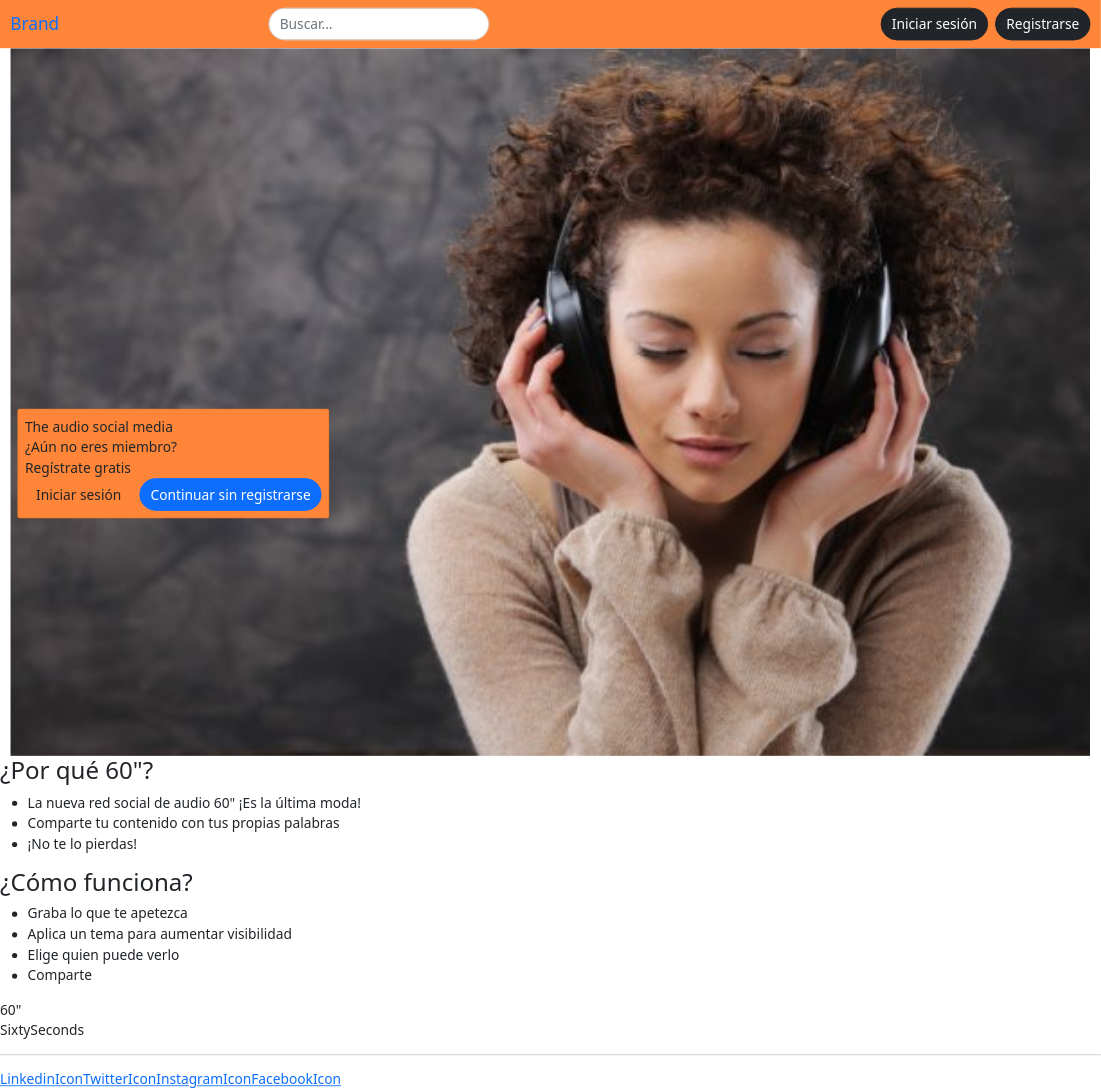
Repository: Zapulin/react-sixtySeconds-front
Page: /
An editor plug-in stored every save of this project. The page is shown before and after the next save, followed by the edit.
The browser window is 1280 px wide. The pictures show the whole page, at 86% of full size.
The project was rebuilt for these pictures with package versions that can differ from the ones it lists, and the page was loaded fresh each time. Also part of the build but not shown: src/Components/Login.js, src/Components/Signup.js, src/Components/Publish.js, src/Components/Activity.js, src/Components/Navbar.js, src/Components/Categories.js, src/Components/IconProfile.js, src/Components/Recorder.js and 10 more. Imported but missing from the stored project, and not drawn on this page: src/Samples/AUDIOMP3.mp3, src/Samples/AUDIOOGG.ogg.

Above is the page before, as saved 2022-04-13 14:48:41.

### src/index.js
import React from 'react';
import ReactDOM from 'react-dom';
import App from './App';
import './index.css';
import 'bootstrap/dist/css/bootstrap.min.css';

ReactDOM.render(
  <React.StrictMode>
    <App />
  </React.StrictMode>,
  document.getElementById('root')
);

### src/App.js
import { BrowserRouter, Routes, Route } from 'react-router-dom';

//Pages
import Home from './Pages/Home'
import Feed from './Pages/Feed'
import User from './Pages/Profile'
import NotFound from './Pages/NotFound'

function App() {
  return (
    <BrowserRouter>
      <Routes>
        <Route path='/' element={<Home/>} />
        <Route path='/feed' element={<Feed/>} />
        <Route path='/profile/:id' element={<User/>} />
        <Route path='*' element={<NotFound/>} />
      </Routes>
    </BrowserRouter>
  );
}

export default App;

### src/Pages/Home.js
import top_image from "../Resources/images/top_image.svg";

//Components
import Footer from '../Components/Footer'
import NavbarHome from '../Components/NavbarHome'

function Home() {

  return (
    <>
    <NavbarHome/>
      <div className="container-fluid">
          <div className="position-relative">
            <img className="img-fluid" src={top_image} alt="" />
            <div className="card rounded m-2 p-2 position-absolute top-50" style={{background:'#FF8638'}}>
                 <span> The audio social media </span>
                 <span> ¿Aún no eres miembro? </span>
                 <span> Regístrate gratis </span>
                <div className="d-flex justify-content-between">
                    <button className="btn rounded-pill"> Iniciar sesión</button>
                    <button className="btn btn-primary ms-2 rounded-pill"> Continuar sin registrarse </button>
                </div>
            </div>
        </div>
      </div>
      <div>
        <div>
            <h3>¿Por qué 60"?</h3>
            <ul>
                <li><span>La nueva red social de audio 60" ¡Es la última moda!</span></li>
                <li><span>Comparte tu contenido con tus propias palabras</span></li>
                <li><span>¡No te lo pierdas!</span></li>
            </ul>
        </div>
        <div>
            <h3>¿Cómo funciona?</h3>
            <ul>
                <li><span>Graba lo que te apetezca</span></li>
                <li><span>Aplica un tema para aumentar visibilidad</span></li>
                <li><span>Elige quien puede verlo</span></li>
                <li><span>Comparte</span></li>
            </ul>
        </div>
      </div>
      <Footer/>
    </>
  );
}

export default Home;

### src/Components/Footer.js

function Footer() {
  return (
  	<footer>
		<div className="circle">
			<span>60"</span><br /><span>SixtySeconds</span><br /><hr />
			<a href="https://www.linkedin.com" target="_blank">LinkedinIcon{ /* TODO: add linkedIn icon */ }</a>
			<a href="https://twitter.com" target="_blank">TwitterIcon{ /* TODO: add twitter icon */ }</a>
			<a href="https://www.instagram.com" target="_blank">InstagramIcon{ /* TODO: add instagram icon */ }</a>
			<a href="https://www.facebook.com" target="_blank">FacebookIcon{ /* TODO: add facebook icon */ }</a>
		</div>
	</footer>
  );
}

export default Footer;

### src/Components/NavbarHome.js
import "../stylesheets/NavbarHome.css";

function NavbarHome() {

	return (

    <>
    <nav className="navbar navbar-expand-lg">
      <div className="container-fluid">
          {/* Logo - por ahora es un link  */}
        <a href="#" className="navbar-brand">
          Brand
        </a>
        <button
          type="button"
          className="navbar-toggler"
          data-bs-toggle="collapse"
          data-bs-target="#navbarCollapse1"
        >
          <i className="fa fa-bars"></i>
        </button>
        <div className="collapse navbar-collapse" id="navbarCollapse1">
          <div className="form my-2 my-lg-0 mx-auto">
            <input
              className="form-control mr-sm-2 rounded-pill"
              type="search"
              placeholder="Buscar..."
              aria-label="Search"
            />
          </div>
          {/* <div class="navbar-nav">
                  <a href="#" class="nav-item nav-link active">Home</a>
                  <a href="#" class="nav-item nav-link">About</a>
                  <a href="#" class="nav-item nav-link">Products</a>
              </div> */}
          {/* Buttons */}
          <div className="d-flex ms-auto gap-2">
            {/* <input type="text" class="form-control me-sm-2" placeholder="Search"/> */}
            <button type="button" className="btn btn-dark rounded-pill">
              Iniciar sesión
            </button>
            <button type="button" className="btn btn-dark rounded-pill">
              Registrarse
            </button>
          </div>
        </div>
      </div>
    </nav>

    <header className="text-white" id="navbar-color">
      <div className="row">
        {/* <ul class="nav col-12 col-lg-auto me-lg-auto mb-2 justify-content-center mb-md-0">

    <form class="col-12 col-lg-auto mb-3 mb-lg-0 me-lg-3">

    </form>
    </ul> */}
        <div className="col-5"></div>
        <div className="col-4"></div>

        <div className="col-3 d-lg-flex gap-2">
          {/* <button type="button" class="btn btn-dark rounded-pill">
                Iniciar sesión
              </button> */}

          {/* <button type="button" class="btn btn-dark rounded-pill">
                Registrarse
              </button> */}
        </div>
      </div>
    </header>
  </>
);
}

export default NavbarHome;

### src/stylesheets/NavbarHome.css
.bd-placeholder-img {
    font-size: 1.125rem;
    text-anchor: middle;
    -webkit-user-select: none;
    -moz-user-select: none;
    user-select: none;
  }

  @media (min-width: 768px) {
    .bd-placeholder-img-lg {
      font-size: 3.5rem;
    }
  }

  nav {
      background-color: #FF8638;
  }

Loaded but not shown: public/index.html (common file); src/index.css (common file)

After the next save:
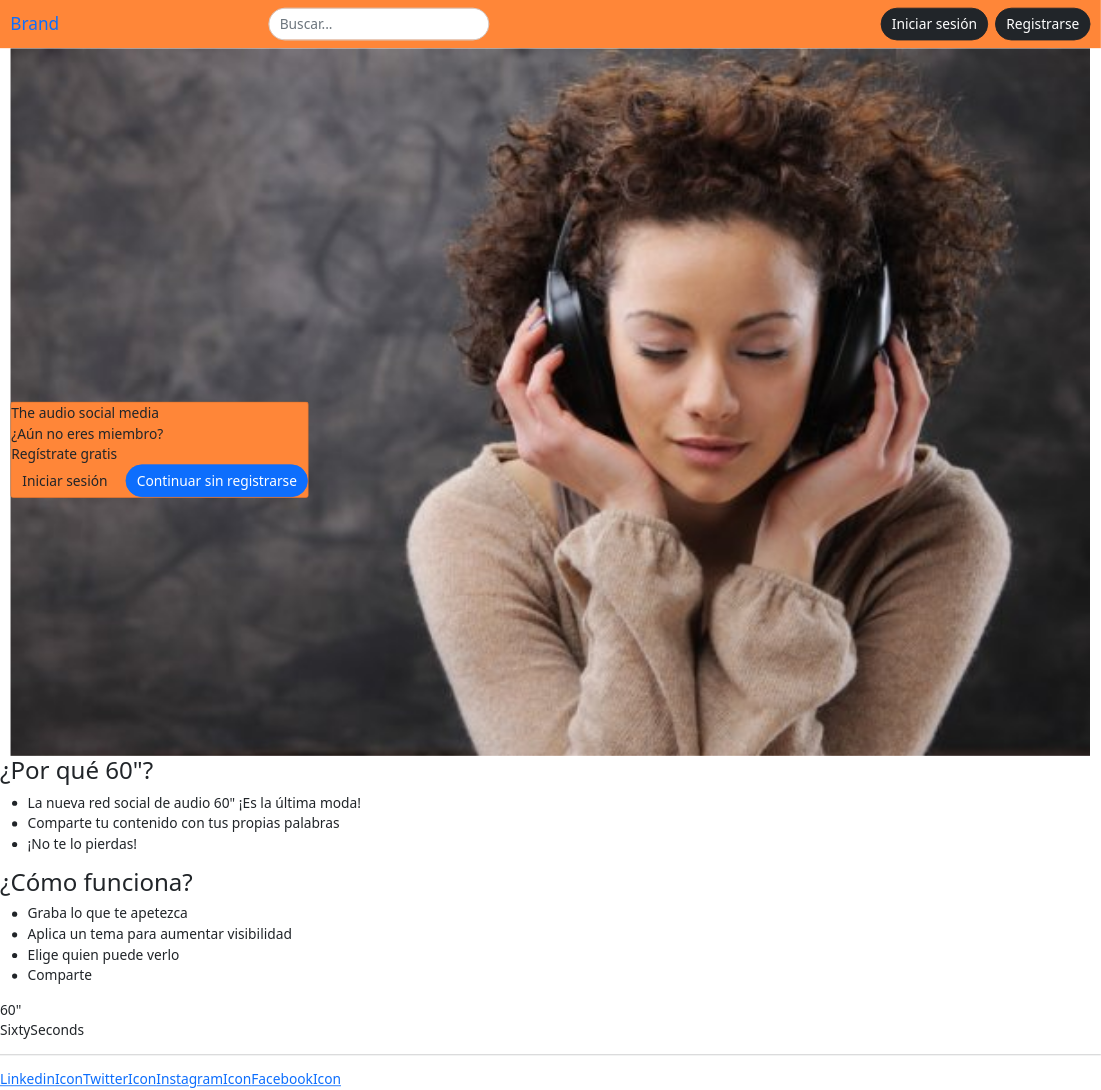
Saved 31 s later.
--- a/src/Pages/Home.js
+++ b/src/Pages/Home.js
@@ -12,7 +12,7 @@
       <div className="container-fluid">
           <div className="position-relative">
             <img className="img-fluid" src={top_image} alt="" />
-            <div className="card rounded m-2 p-2 position-absolute top-50" style={{background:'#FF8638'}}>
+            <div className="card rounded position-absolute top-50" style={{background:'#FF8638'}}>
                  <span> The audio social media </span>
                  <span> ¿Aún no eres miembro? </span>
                  <span> Regístrate gratis </span>

After the save that followed:
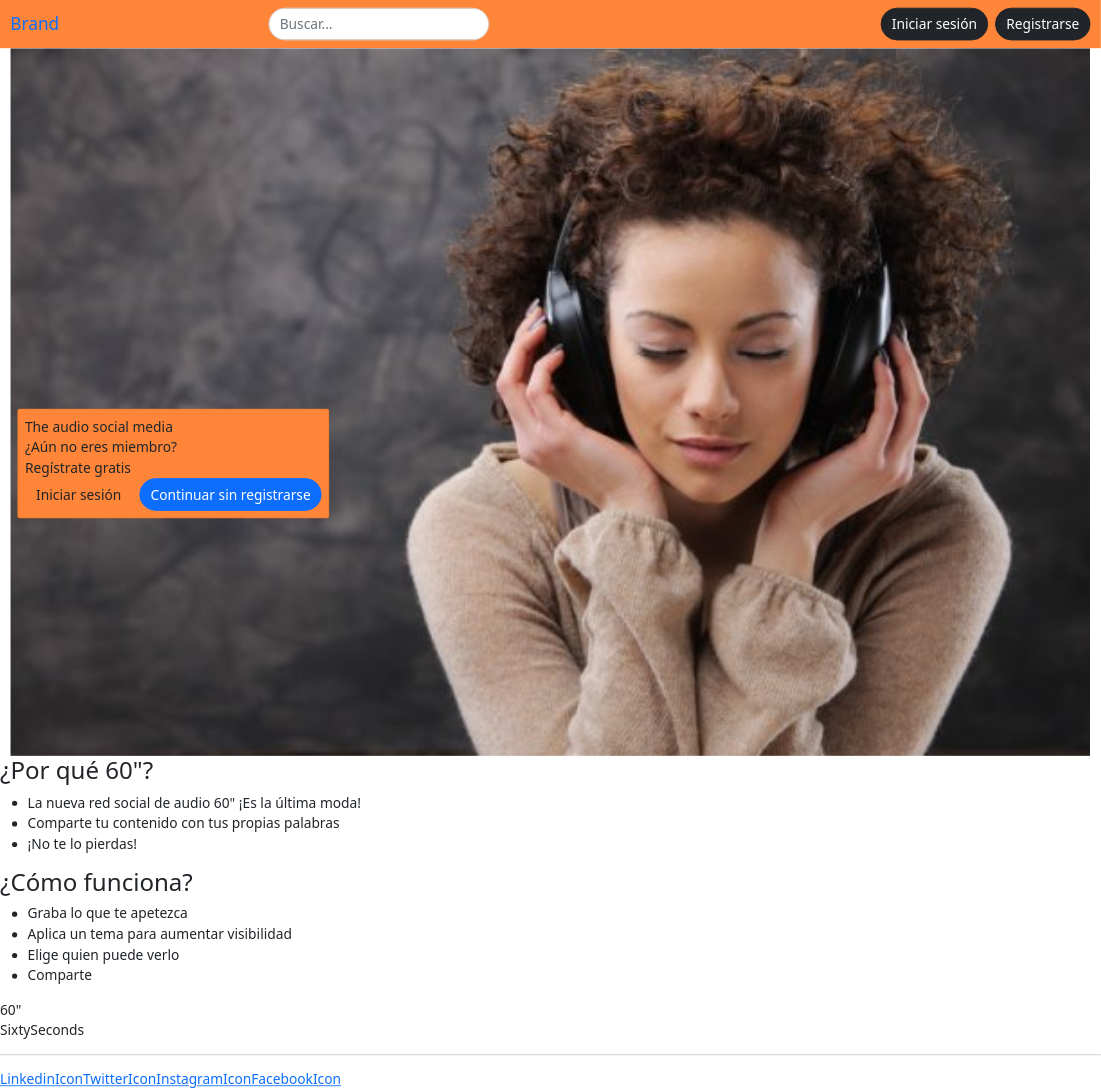
Saved 4 s later.
--- a/src/Pages/Home.js
+++ b/src/Pages/Home.js
@@ -12,7 +12,7 @@
       <div className="container-fluid">
           <div className="position-relative">
             <img className="img-fluid" src={top_image} alt="" />
-            <div className="card rounded position-absolute top-50" style={{background:'#FF8638'}}>
+            <div className="card rounded m-2 p-2 position-absolute top-50" style={{background:'#FF8638'}}>
                  <span> The audio social media </span>
                  <span> ¿Aún no eres miembro? </span>
                  <span> Regístrate gratis </span>
